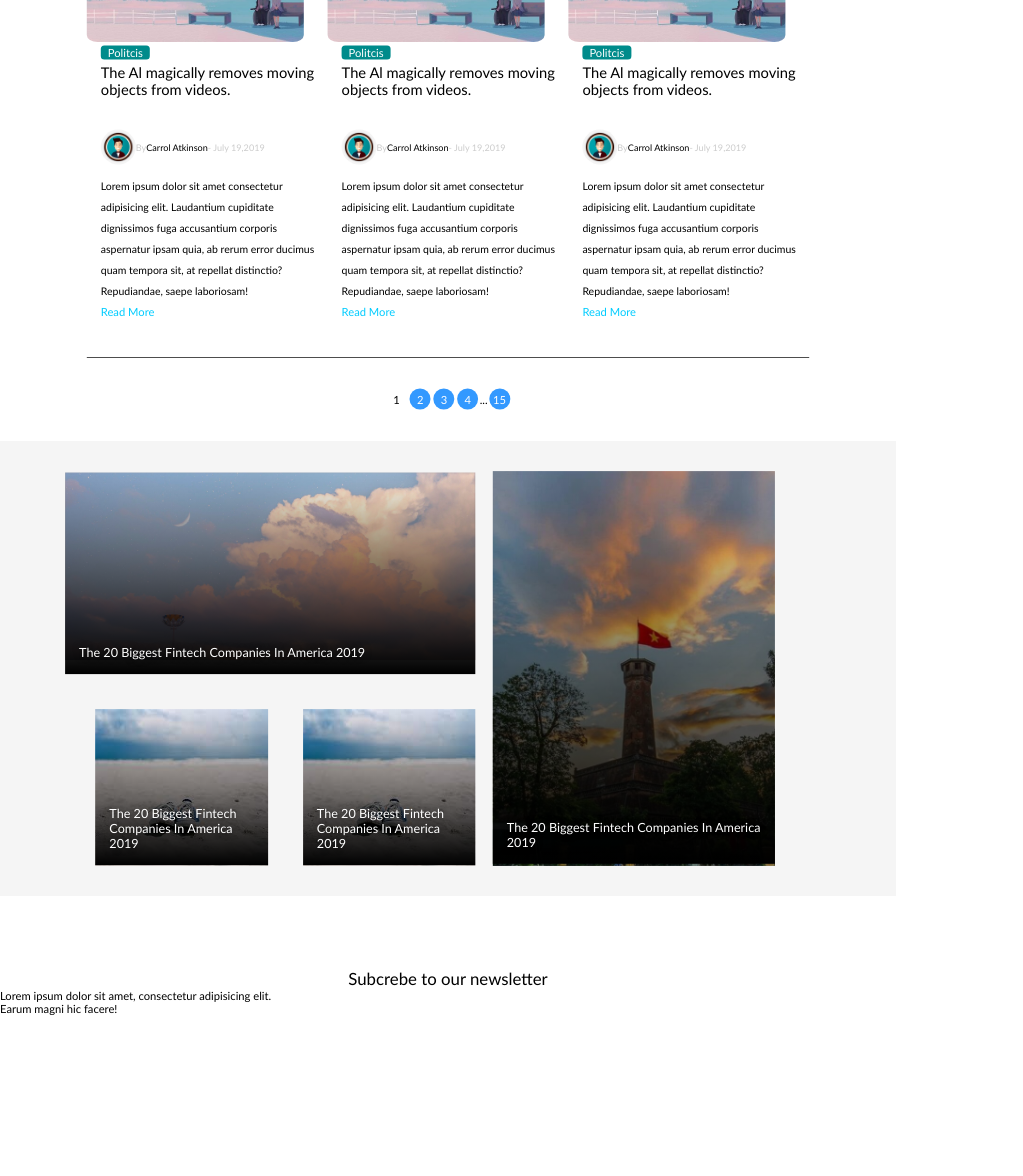
Repository: giacatdat2k5/html3
Page: html3.vs/7.1.html
These files come from the project's save history. The page is drawn as it stood at one moment and after a run of saves; the edit follows.
The browser window is 1280 px wide. The page is 1462 px wide, so the pictures cover 1462 px, including what lies to the right of the window. The pictures show the part of the page from y = 2110 to 3790 px (the page is 3790 px tall), at 70% of full size.

Above is the page before, as saved 2023-09-27 20:22:19.

### html3.vs/7.1.html
<!DOCTYPE html>
<html lang="en">
<head>
    <meta charset="UTF-8">
    <meta name="viewport" content="width=device-width, initial-scale=1.0">
    <title>7.2</title>
    <link rel="stylesheet" type="text/css" href="7.1.css">
    <link rel="stylesheet" href="https://cdnjs.cloudflare.com/ajax/libs/font-awesome/6.4.2/css/all.min.css"/>
</head>
<body>
    <div id="header">
        <div class="logo">Zent's Blog </div>
        <div class="menu">
            <div class="items">Home</div>
            <div class="items">Politcis</div>
            <div class="items">Tech</div>
            <div class="items">Entertaiment</div>
            <div class="items">Travels</div>
            <div class="items">Sports</div>
            <div class="search"><i class="fa-solid fa-magnifying-glass"></i></div>
        </div>
    </div>
    <div id="content">
        <div class="left">
            <div class="imageleft">
                <div class="iamge1">
                    <div class="edit">The Al magically removes moving objects from videos.</div>
                </div>
                <div class="iamge2">
                    <div class="edit">The Al magically removes moving objects from videos.</div>
                </div>
            </div>
        </div>
        <div class="center">
            <div class="imagecenter">
                <div class="iamge3">
                    <div class="edit">The Al magically removes moving objects from videos.</div>
                </div>
            </div>
        </div>
        <div class="right">
            <div class="iamgeright">
                <div class="iamge4">
                    <div class="edit">
                        The 20 Biggest Fintech Companies In
                        America 2019.</div>
                </div>
                <div class="iamge5">
                    <div class="edit">
                        The 20 Biggest Fintech Companies In
                        America 2019.</div>
                </div>
            </div>
        </div>
    </div>
    <div id="header2">Recent Posts</div>
    <div id="content2">
        <div class="centercontent2">
            <div class="ccitems">
                <div class="picture"></div>
                <div class="tag">
                    <div class="tagitem">Politcis</div>
                </div>
                <div class="text">The Al magically removes moving objects from videos.</div>
                <div class="author">
                <div class="avt"></div>
                <div class="name">
                    <span class="c">By</span>
                    Carrol Atkinson
                    <span class="c">- July 19,2019</span>
                </div>
                </div>
                <div class="lorem">Lorem ipsum dolor sit amet consectetur adipisicing elit. Laudantium cupiditate dignissimos fuga accusantium corporis aspernatur ipsam quia, ab rerum error ducimus quam tempora sit, at repellat distinctio? Repudiandae, saepe laboriosam!</div>
                <div class="read"> Read More</div>
            </div>
            <div class="ccitems"><div class="picture"></div>
            <div class="tag">
                <div class="tagitem">Politcis</div>
            </div>
            <div class="text">The Al magically removes moving objects from videos.</div>
            <div class="author">
            <div class="avt"></div>
            <div class="name">
                <span class="c">By</span>
                Carrol Atkinson
                <span class="c">- July 19,2019</span>
            </div>
            </div>
            <div class="lorem">Lorem ipsum dolor sit amet consectetur adipisicing elit. Laudantium cupiditate dignissimos fuga accusantium corporis aspernatur ipsam quia, ab rerum error ducimus quam tempora sit, at repellat distinctio? Repudiandae, saepe laboriosam!</div>
            <div class="read"> Read More</div></div>
            <div class="ccitems"><div class="picture"></div>
            <div class="tag">
                <div class="tagitem">Politcis</div>
            </div>
            <div class="text">The Al magically removes moving objects from videos.</div>
            <div class="author">
            <div class="avt"></div>
            <div class="name">
                <span class="c">By</span>
                Carrol Atkinson
                <span class="c">- July 19,2019</span>
            </div>
            </div>
            <div class="lorem">Lorem ipsum dolor sit amet consectetur adipisicing elit. Laudantium cupiditate dignissimos fuga accusantium corporis aspernatur ipsam quia, ab rerum error ducimus quam tempora sit, at repellat distinctio? Repudiandae, saepe laboriosam!</div>
            <div class="read"> Read More</div></div>
            <div class="ccitems"><div class="picture"></div>
            <div class="tag">
                <div class="tagitem">Politcis</div>
            </div>
            <div class="text">The Al magically removes moving objects from videos.</div>
            <div class="author">
            <div class="avt"></div>
            <div class="name">
                <span class="c">By</span>
                Carrol Atkinson
                <span class="c">- July 19,2019</span>
            </div>
            </div>
            <div class="lorem">Lorem ipsum dolor sit amet consectetur adipisicing elit. Laudantium cupiditate dignissimos fuga accusantium corporis aspernatur ipsam quia, ab rerum error ducimus quam tempora sit, at repellat distinctio? Repudiandae, saepe laboriosam!</div>
            <div class="read"> Read More</div></div>
            <div class="ccitems"><div class="picture"></div>
            <div class="tag">
                <div class="tagitem">Politcis</div>
            </div>
            <div class="text">The Al magically removes moving objects from videos.</div>
            <div class="author">
            <div class="avt"></div>
            <div class="name">
                <span class="c">By</span>
                Carrol Atkinson
                <span class="c">- July 19,2019</span>
            </div>
            </div>
            <div class="lorem">Lorem ipsum dolor sit amet consectetur adipisicing elit. Laudantium cupiditate dignissimos fuga accusantium corporis aspernatur ipsam quia, ab rerum error ducimus quam tempora sit, at repellat distinctio? Repudiandae, saepe laboriosam!</div>
            <div class="read"> Read More</div></div>
            <div class="ccitems"><div class="picture"></div>
            <div class="tag">
                <div class="tagitem">Politcis</div>
            </div>
            <div class="text">The Al magically removes moving objects from videos.</div>
            <div class="author">
            <div class="avt"></div>
            <div class="name">
                <span class="c">By</span>
                Carrol Atkinson
                <span class="c">- July 19,2019</span>
            </div>
            </div>
            <div class="lorem">Lorem ipsum dolor sit amet consectetur adipisicing elit. Laudantium cupiditate dignissimos fuga accusantium corporis aspernatur ipsam quia, ab rerum error ducimus quam tempora sit, at repellat distinctio? Repudiandae, saepe laboriosam!</div>
            <div class="read"> Read More</div></div>
            <div class="ccitems"><div class="picture"></div>
            <div class="tag">
                <div class="tagitem">Politcis</div>
            </div>
            <div class="text">The Al magically removes moving objects from videos.</div>
            <div class="author">
            <div class="avt"></div>
            <div class="name">
                <span class="c">By</span>
                Carrol Atkinson
                <span class="c">- July 19,2019</span>
            </div>
            </div>
            <div class="lorem">Lorem ipsum dolor sit amet consectetur adipisicing elit. Laudantium cupiditate dignissimos fuga accusantium corporis aspernatur ipsam quia, ab rerum error ducimus quam tempora sit, at repellat distinctio? Repudiandae, saepe laboriosam!</div>
            <div class="read"> Read More</div></div>
            <div class="ccitems"><div class="picture"></div>
            <div class="tag">
                <div class="tagitem">Politcis</div>
            </div>
            <div class="text">The Al magically removes moving objects from videos.</div>
            <div class="author">
            <div class="avt"></div>
            <div class="name">
                <span class="c">By</span>
                Carrol Atkinson
                <span class="c">- July 19,2019</span>
            </div>
            </div>
            <div class="lorem">Lorem ipsum dolor sit amet consectetur adipisicing elit. Laudantium cupiditate dignissimos fuga accusantium corporis aspernatur ipsam quia, ab rerum error ducimus quam tempora sit, at repellat distinctio? Repudiandae, saepe laboriosam!</div>
            <div class="read"> Read More</div></div>
            <div class="ccitems"><div class="picture"></div>
            <div class="tag">
                <div class="tagitem">Politcis</div>
            </div>
            <div class="text">The Al magically removes moving objects from videos.</div>
            <div class="author">
            <div class="avt"></div>
            <div class="name">
                <span class="c">By</span>
                Carrol Atkinson
                <span class="c">- July 19,2019</span>
            </div>
            </div>
            <div class="lorem">Lorem ipsum dolor sit amet consectetur adipisicing elit. Laudantium cupiditate dignissimos fuga accusantium corporis aspernatur ipsam quia, ab rerum error ducimus quam tempora sit, at repellat distinctio? Repudiandae, saepe laboriosam!</div>
            <div class="read"> Read More</div></div>
            </div>
        </div>
    <div class="page">
        <div class="kofull">1</div>
        <div class="full">2</div>
        <div class="full">3</div>
        <div class="full">4</div>
        <div class="kofullfull">...</div>
        <div class="full">15</div>
    </div>
    <div class="content3">
        <div class="content3left">
            <div class="c3l1">
                <div class="c3l4">
                    <div class="edit2">
                        The 20 Biggest Fintech Companies In
                        America 2019
                    </div>
                </div>
            </div>
            <div class="c3l2">
                <div class="c3l3"> <div class="edit3">
                    The 20 Biggest Fintech Companies In
                    America 2019
                    </div></div>
                <div class="c3l3"> <div class="edit3">
                    The 20 Biggest Fintech Companies In
                    America 2019
                </div></div>
            </div>
        </div>
        <div class="content3right">
            <div class="c3r">
                <div class="edit4">
                    The 20 Biggest Fintech Companies In
                    America 2019
                </div>
        </div>
        </div>
    </div>
    <div class="footer">
        <div class="ft1">Subcrebe to our newsletter</div>
        <div class="ft2">Lorem ipsum dolor sit amet, consectetur adipisicing elit. Earum magni hic facere! </div>
        <div class="ft3"></div>
    </div>
</body>
</html>

### html3.vs/7.1.css
@media all and (min-width: 992px){
*{
    margin:0;
    padding: 0;
    font-family:'Trebuchet MS', 'Lucida Sans Unicode', 'Lucida Grande', 'Lucida Sans', Arial, sans-serif;
}
#header{
    width: 100%;
    height: 3em;
    display: flex;
    justify-content: space-between;
}
.logo{
    font-size: 20px;
    width: 120px;
    text-align: center;
    padding: 10px;
    font-weight: bold;
    font-family:'Trebuchet MS', 'Lucida Sans Unicode', 'Lucida Grande', 'Lucida Sans', Arial, sans-serif;

}
.menu{
    width: 510px;
    display: flex;
}
.items{
    width: 90px;
    padding: 10px;
    font-weight: bold;
    font-family:'Trebuchet MS', 'Lucida Sans Unicode', 'Lucida Grande', 'Lucida Sans', Arial, sans-serif;
}
.search{
    width: 30px;
    padding: 10px;
}
#content{
    width: 100%;
    height: 430px;
    background-color:whitesmoke;
    display: flex;
}
.left{
    width: 38%;
    height: 100%;

    display: flex;
    justify-content: right;
    align-items: center;
}
.center{
    width: 26%;
    height: 100%;
    display: flex;
    align-items:center;
    justify-content: center;
}
.right{
    width: 38%;
    height: 100%;

    display: flex;
    justify-content: left;
    align-items: center;
}
.imageleft{
    width: 65%;
    height: 100%;
    display: flex;
    flex-wrap: wrap;
    align-items: center;
}
.iamge1{
    background-image: url('image5.jpeg');
    background-size: cover;
    width: 100%;
    height: 160px;
    display:flex;
    align-items: end;
}
.iamge2{
    background-image: url('image3.jpeg');
    background-size: cover;
    width: 100%;
    height: 160px;
    display:flex;
    align-items: end;
}
.edit{
    width: 100%;
    height: 80%;
    background: linear-gradient(to bottom, transparent, rgba(0, 0, 0, 1));
    color:white;
    display:flex;
    align-items: end;
    padding-left: 20px;
    padding-bottom: 20px;
    padding-right: 20px;
    font-family:'Trebuchet MS', 'Lucida Sans Unicode', 'Lucida Grande', 'Lucida Sans', Arial, sans-serif;
    font-size: small;
    text-shadow: 0 0 10px rgba(0, 0, 0, 0.5);
}
.imagecenter{
    width: 80%;
    height:372px;
    align-items:center;
    justify-content: center;
}
.iamge3{
    background-image: url('anh dọc.jpeg');
    background-size: cover;
    width: 100%;
    height: 100%;
    display:flex;
    align-items: end;
}
.iamgeright{
    width: 65%;
    height: 100%;
    display: flex;
    flex-wrap: wrap;
    align-items: center;
}
.iamge4{
    background-image: url('anh ngang 1.jpeg');
    background-size: cover;
    width: 100%;
    height: 160px;
    display:flex;
    align-items: end;
}
.iamge5{
    background-image: url('ảnh ngnag 2.jpeg');
    background-size: cover;
    width: 100%;
    height: 160px;
    display:flex;
    align-items: end;
}
#header2{
    width: 100%;
    height: 6em;
    font-size:xx-large;
    display: flex;
    align-items: center;
    padding-left: 182px;
}
#content2{
    width: 100%;
    height: 1950px;
    display: flex;
    justify-content: center
}
.centercontent2{
    width:1032px;
    height: 100%;
    display: flex;
    flex-wrap: wrap;
    border-bottom: 1px solid black;
}
.ccitems{
    width: 33.33333%;
    height: 33.333333%;
}
.picture{
    width: 90%;
    height: 200px;
    background-image: url('anh ngang 1.jpeg');
    background-size: cover;
    border-radius: 5%;
}
.tag{
    width: 90%;
    height: 30px;
    display: flex;
    align-items: center;
    padding-left: 20px;
}
.tagitem{
    width: 70px;
    height: 20px;
    color: white;
    background-color: darkcyan;
    border-radius: 5px;
    display: flex;
    justify-content: center;
    align-items: center;
}
.text{
    width: 90%;
    height: 80px;
    display: flex;
    padding-left: 20px;
    font-size: 21px;
}
.author{
    width: 90%;
    height: 80px;
    display: flex;
    align-items: center;
    padding-left: 20px;
}
.avt{
    width: 50px;
    height: 50px;
    background-image: url('pngtree-hand-draw-person-avatar-icon-vector-png-image_7102689.png');
    background-size: cover;
    border-radius: 50%;
}
.name{
    width: 260px;
    height: 100%;
    display: flex;
    align-items: center;
    font-size: small;
}
.c{
    color: #ccc;
}
.lorem{
    width: 90%;
    height: 185px;
    display: flex;
    padding-left: 20px;
    font-size: 15px;
    line-height: 30px;
    font-weight:lighter;
}
.read{
    width: 90%;
    height: 80px;
    display: flex;
    padding-left: 20px;
    color:#00CCFF;
}
.page{
    width: 100%;
    height: 120px;
    display: flex;
    justify-content: center;
    align-items:center;
}
.kofull{
    color:black;
    background-color: white;
    margin:2px;
    width: 30px;
    height: 30px;
    display: flex;
    align-items: center;
    justify-content: center;
}
.full{
    color:white;
    background-color: #3399FF;
    margin:2px;
    width: 30px;
    height: 30px;
    border-radius: 50%;
    display: flex;
    align-items: center;
    justify-content: center;
}
.content3{
    width: 100%;
    height: 650px;
    background-color:whitesmoke;
    display: flex;
}
.content3left{
    width: 55%;
    height: 100%;
    display:flex ;
    flex-wrap: wrap;
}
.content3right{
    width: 45%;
    height: 100%;
    display: flex;
    align-items: center;

}
.c3l1{
    width: 100%;
    height: 55%;
    display: flex;
    align-items: center;
    justify-content: end;
}
.c3l4{
    width: 586px;
    height: 75%;
    background-image: url('ảnh ngnag 2.jpeg');
    background-size: cover;
    margin: 25px;
}
.c3l2{
    width: 100%;
    height: 45%;
    display: flex;
    align-items: start;
    justify-content: end;
}
.c3l3{
    width: 35%;
    height: 76.6%;
    background-image: url('ảnh vuông.jpeg');
    background-size: cover;
    margin: 25px;
}
.c3r{
    width: 70%;
    height: 564px;
    background-image: url('ảnh dọc đjep .jpeg');
    background-size: cover;
}
.edit2{
    height: 100%;
    background: linear-gradient(to bottom, transparent, rgba(0, 0, 0, 1));
    color:white;
    display:flex;
    align-items: end;
    padding-left: 20px;
    padding-bottom: 20px;
    padding-right: 20px;
    font-family:'Trebuchet MS', 'Lucida Sans Unicode', 'Lucida Grande', 'Lucida Sans', Arial, sans-serif;
    font-size: large;
    text-shadow: 0 0 10px rgba(0, 0, 0, 0.5);
}
.edit3{
    height: 91%;
    background: linear-gradient(to bottom, transparent, rgba(0, 0, 0, 1));
    color:white;
    display:flex;
    align-items: end;
    padding-left: 20px;
    padding-bottom: 20px;
    padding-right: 20px;
    font-family:'Trebuchet MS', 'Lucida Sans Unicode', 'Lucida Grande', 'Lucida Sans', Arial, sans-serif;
    font-size: large;
    text-shadow: 0 0 10px rgba(0, 0, 0, 0.5);
}
.edit4{
    height: 96%;
    background: linear-gradient(to bottom, transparent, rgba(0, 0, 0, 1));
    color:white;
    display:flex;
    align-items: end;
    padding-left: 20px;
    padding-bottom: 20px;
    padding-right: 20px;
    font-family:'Trebuchet MS', 'Lucida Sans Unicode', 'Lucida Grande', 'Lucida Sans', Arial, sans-serif;
    font-size: large;
    text-shadow: 0 0 10px rgba(0, 0, 0, 0.5);
}
.footer{
    width: 100%;
    height: 400px;
}
.ft1{
    width: 100%;
    height: 33%;
    display: flex;
    align-items: end;
    font-size: x-large;
    color: black;
    justify-content: center;
}
.ft2{
    width: 33%;
    display: flex;
    align-items: center;
    justify-content: center;
    color: black;
}
}

After the next 2 saves:
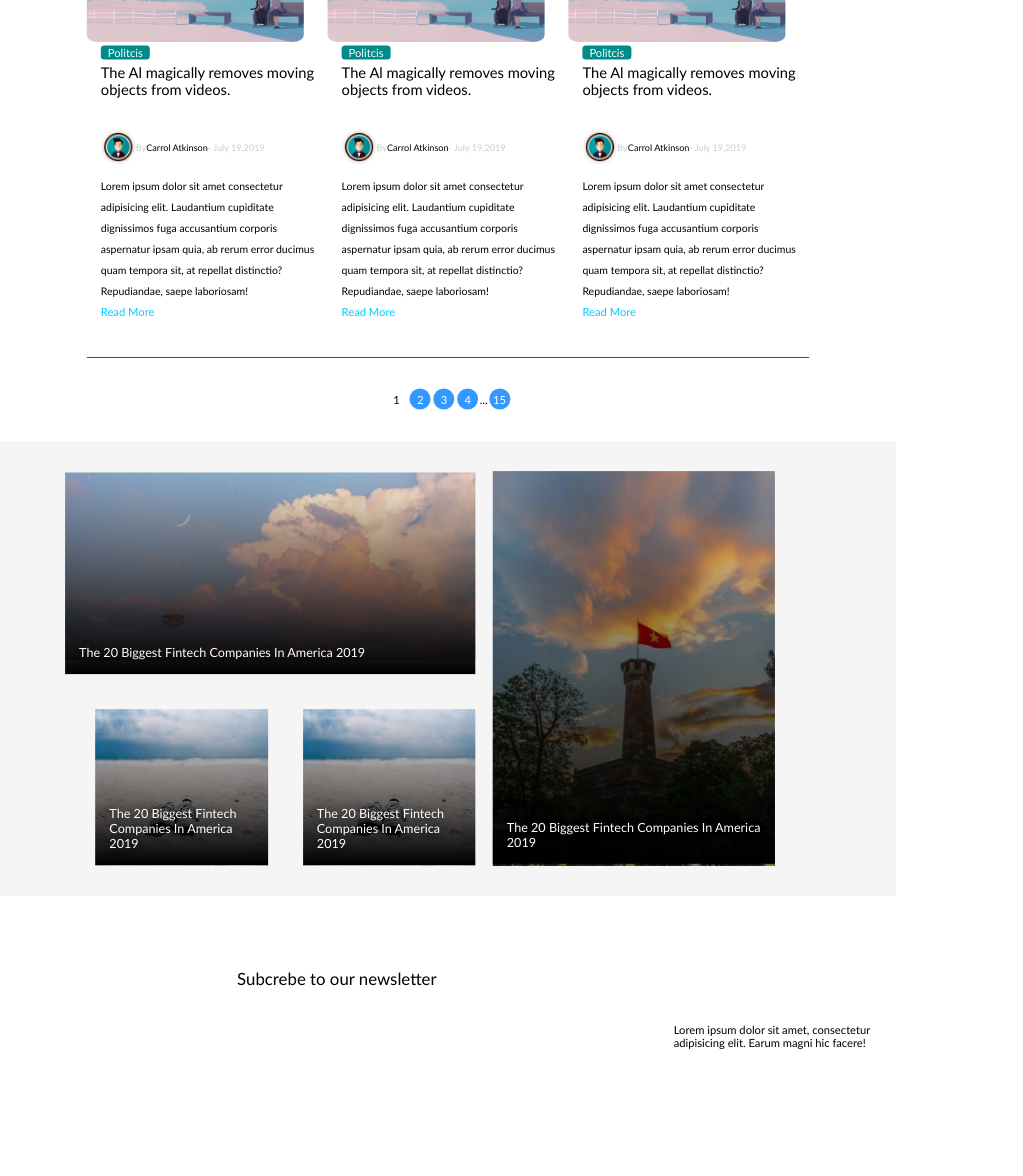
The 2 saves are shown as one change because they came seconds apart.
The last was saved 29 s later.
--- a/html3.vs/7.1.css
+++ b/html3.vs/7.1.css
@@ -355,6 +355,8 @@
 .footer{
     width: 100%;
     height: 400px;
+    display: flex;
+    justify-content: center;
 }
 .ft1{
     width: 100%;
